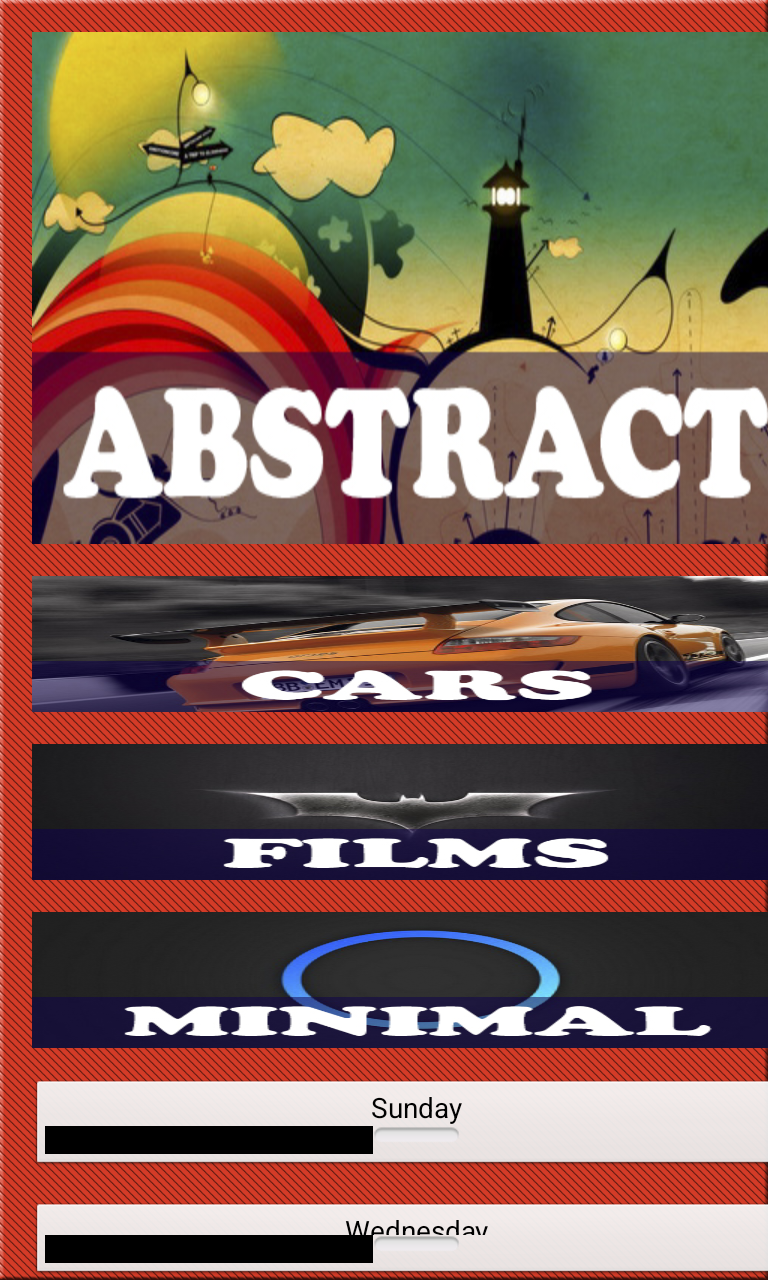
Repository: samanamp/Happy-Look-Project
Layout: Eclipse Project/HappyLook/res/layout/activity_main.xml
An editor plug-in stored every save of this project. The layout is shown before and after the next save, followed by the edit.
It is drawn on a 768 x 1280 px phone screen (xhdpi) without system bars, with theme AppTheme; the app's code is not run.

Above is the layout before, as saved 2012-10-24 13:11:42.

After the next save:
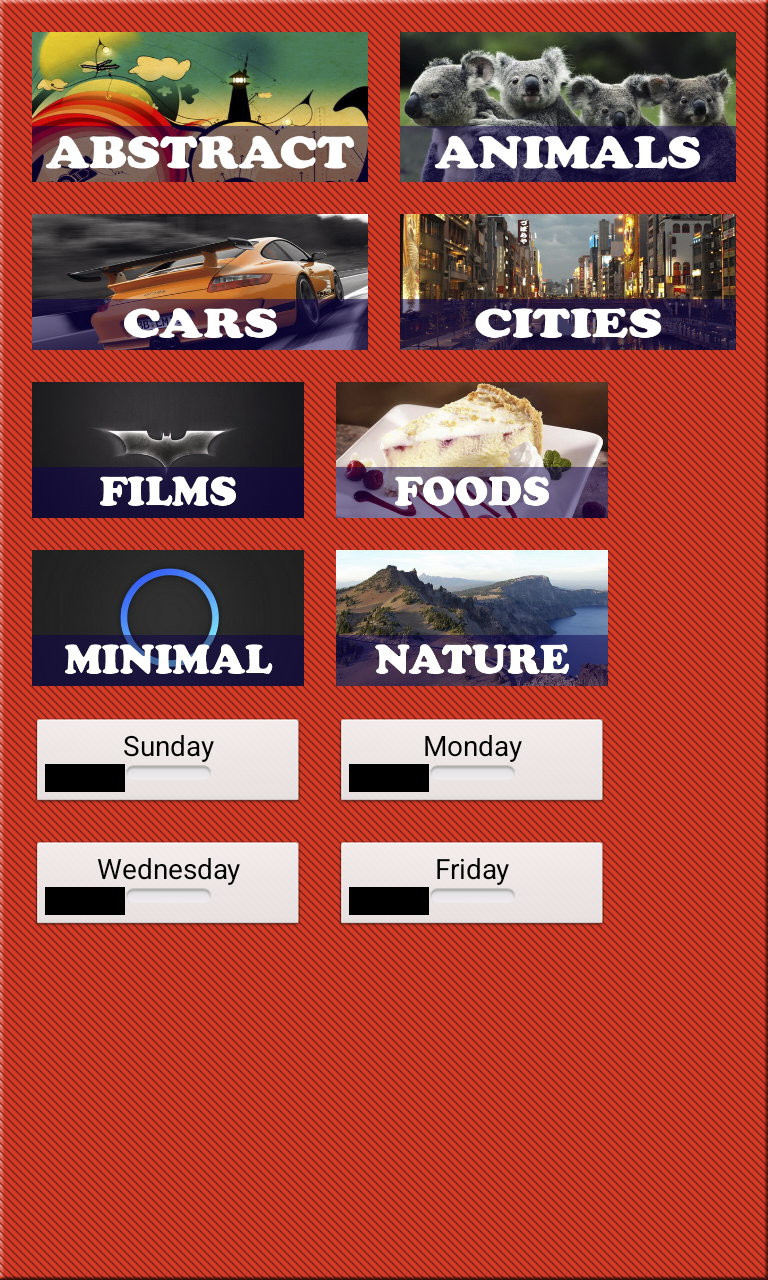
Saved 7 min 5 s later.
--- a/Eclipse Project/HappyLook/res/layout/activity_main.xml
+++ b/Eclipse Project/HappyLook/res/layout/activity_main.xml
@@ -3,63 +3,71 @@
     android:layout_width="match_parent"
     android:layout_height="match_parent"
     android:background="@drawable/bg" >
+
 <TableRow>
+
     <ToggleButton
         android:id="@+id/imageButton1"
-        android:layout_width="wrap_content"
-        android:layout_height="wrap_content"
+        android:layout_width="0dp"
+        android:layout_height="75dp"
         android:layout_alignParentLeft="true"
         android:layout_alignParentTop="true"
-        android:background="@drawable/btnabstract"
-        android:layout_marginTop="16dp"
         android:layout_marginLeft="16dp"
         android:layout_marginRight="8dp"
+        android:layout_marginTop="16dp"
+        android:layout_weight="1"
+        android:background="@drawable/btnabstract"
         android:onClick="abstractbtn"
-        android:textOn=""
         android:textOff=""
-        />
+        android:textOn="" />
 
     <ToggleButton
         android:id="@+id/imageButton2"
-        android:layout_width="wrap_content"
-        android:layout_height="wrap_content"
+        android:layout_width="0dp"
+        android:layout_height="75dp"
         android:layout_alignParentRight="true"
         android:layout_alignParentTop="true"
-        android:background="@drawable/btnanimals"
-        android:layout_marginTop="16dp"
         android:layout_marginLeft="8dp"
         android:layout_marginRight="16dp"
+        android:layout_marginTop="16dp"
+        android:layout_weight="1"
+        android:background="@drawable/btnanimals"
         android:onClick="animalsbtn"
-        android:textOn=""
-        android:textOff="" />
+        android:textOff=""
+        android:textOn="" />
 </TableRow>
+
 <TableRow>
+
     <ToggleButton
         android:id="@+id/imageButton3"
-        android:layout_width="136dp"
+        android:layout_width="0dp"
         android:layout_height="68dp"
         android:layout_alignParentLeft="true"
         android:layout_below="@+id/imageButton1"
+        android:layout_marginLeft="16dp"
+        android:layout_marginRight="8dp"
         android:layout_marginTop="16dp"
-        android:layout_marginRight="8dp"
-        android:layout_marginLeft="16dp"
+        android:layout_weight="1"
         android:background="@drawable/btncar"
         android:onClick="carbtn"
-        android:textOn=""
-        android:textOff="" />
+        android:textOff=""
+        android:textOn="" />
 
     <ToggleButton
         android:id="@+id/imageButton4"
-        android:layout_width="136dp"
+        android:layout_width="0dp"
         android:layout_height="68dp"
+        android:layout_marginLeft="8dp"
+        android:layout_marginRight="16dp"
         android:layout_marginTop="16dp"
-        android:layout_marginRight="16dp"
-        android:layout_marginLeft="8dp"
+        android:layout_weight="1"
         android:background="@drawable/btncity"
         android:onClick="citybtn"
-        android:textOn=""
-        android:textOff="" />
+        android:textOff=""
+        android:textOn="" />
 </TableRow>
+
 <TableRow>
     <ToggleButton
         android:id="@+id/imageButton5"
